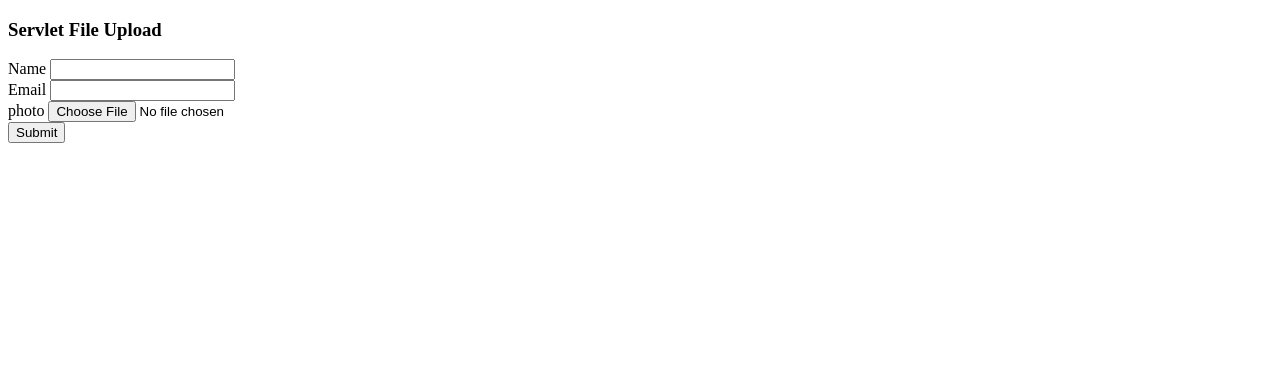
Repository: hnineiphyu-128/JavaEE_Exeercise_Lession
Page: http://localhost/07-Servlet-FileUpload/
An editor plug-in stored every save of this project. The page is shown before and after the next save, followed by the edit.
The browser window is 1280 px wide. The pictures show the whole page.
The page is served by Tomcat 9.

Above is the page before, as saved 2020-12-21 09:23:39.

After the next save:
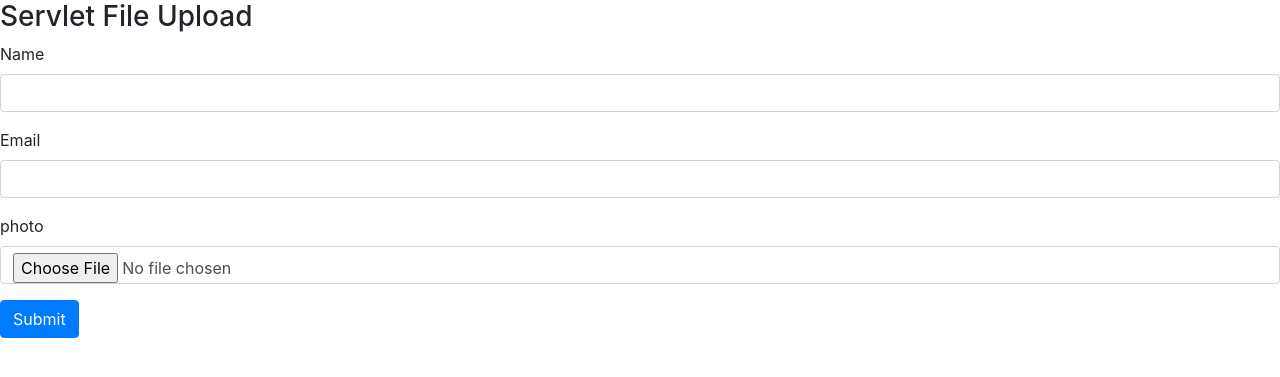
Saved 50 s later.
--- a/07-Servlet-FileUpload/src/main/webapp/index.jsp
+++ b/07-Servlet-FileUpload/src/main/webapp/index.jsp
@@ -6,6 +6,14 @@
 <head>
 <meta charset="ISO-8859-1">
 <title>File Upload</title>
+
+<!-- CSS -->
+<link href="common/css/bootstrap.min.css" rel="stylesheet" type="text/css"/>
+
+<!-- JS -->
+<script type="text/javascript" src="common/js/jquery.min.js"></script>
+<script type="text/javascript" src="common/js/bootstrap.min.js"></script>
+
 </head>
 <body>
 
